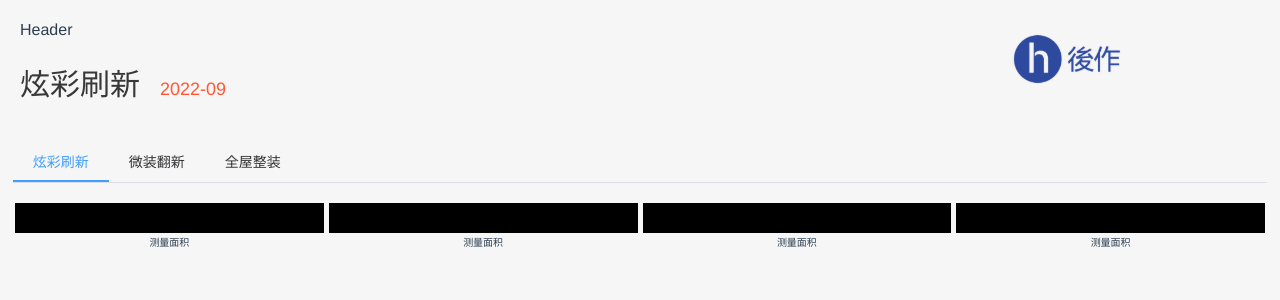
Repository: yezhonghu0503/houzuo
Page: /interiorDecoration
The author's editor kept a copy of each file at every save. The page is drawn from the files as they stood at one save, then again after the next save.
The browser window is 1280 px wide. The pictures show the whole page.
The project was rebuilt for these pictures with package versions that can differ from the ones it lists, and the page was loaded fresh each time. Also part of the build but not shown: vite.config.ts.

Above is the page before, as saved 2022-09-29 15:36:08.

After the next save:
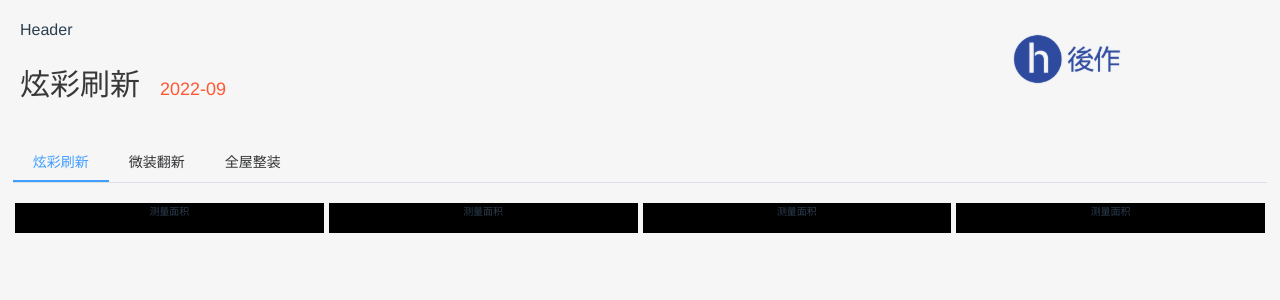
Saved 18 s later.
--- a/src/view/interiorDecoration/renovate.vue
+++ b/src/view/interiorDecoration/renovate.vue
@@ -17,7 +17,6 @@
 <style>
 .tool-menu {
   height: 80px;
-  line-height: 80px;
   margin-top: 20px;
   padding:0 15px
 }
